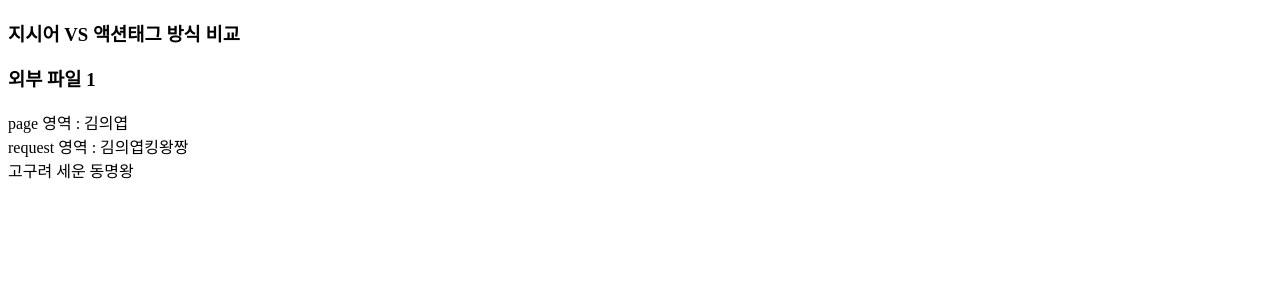
Repository: kimeuiyeob/KOPO_JSP_Study_2
Page: http://localhost/JspStudy/08Action/includeMain.jsp
The author's editor kept a copy of each file at every save. The page is drawn from the files as they stood at one save, then again after the next save.
The browser window is 1280 px wide. The pictures show the whole page.
The page is served by Tomcat 9. Other server files are loaded and not shown.

Above is the page before, as saved 2023-06-21 05:15:10.

### JspStudy/src/main/webapp/08Action/includeMain.jsp
<%@ page language="java" contentType="text/html; charset=UTF-8" pageEncoding="UTF-8"%>
<!DOCTYPE html>
<%
String outPath1 = "./Include/OuterPage1.jsp";
String outPath2 = "./Include/OuterPage2.jsp";

pageContext.setAttribute("pAttr", "김의엽");
request.setAttribute("rAttr", "김의엽킹왕짱");


%>
<html>
<head>
<meta charset="UTF-8">
<title>Insert title here</title>
</head>
<body>

	<h3>지시어 VS 액션태그 방식 비교</h3>

	<!-- 1. 지시어로 인클루드
		 2. newVar1 출력
		 3. 지시어 include : 표현식으로 경로 지정
		 4. 액션 태그로 include
		 5. 액션 태그로 include 표현식으로 경로 지정
		 6. newVar2 출력-->

	<!-- 1. 지시어로 인클루드 -->
	<%@ include file="./Include/OuterPage1.jsp" %>
	<%=newVar1 %>


</body>
</html>

### JspStudy/src/main/webapp/08Action/Include/OuterPage1.jsp
<%@ page language="java" contentType="text/html; charset=UTF-8" pageEncoding="UTF-8"%>
<!DOCTYPE html>
<html>
<head>
<meta charset="UTF-8">
<title>Insert title here</title>
</head>
<body>

	<h3>외부 파일 1</h3>
	<% String newVar1 = "고구려 세운 동명왕"; %>

	page 영역 : <%= pageContext.getAttribute("pAttr") %><br>
	request 영역 : <%= request.getAttribute("rAttr") %><br>

</body>
</html>

After the next save:
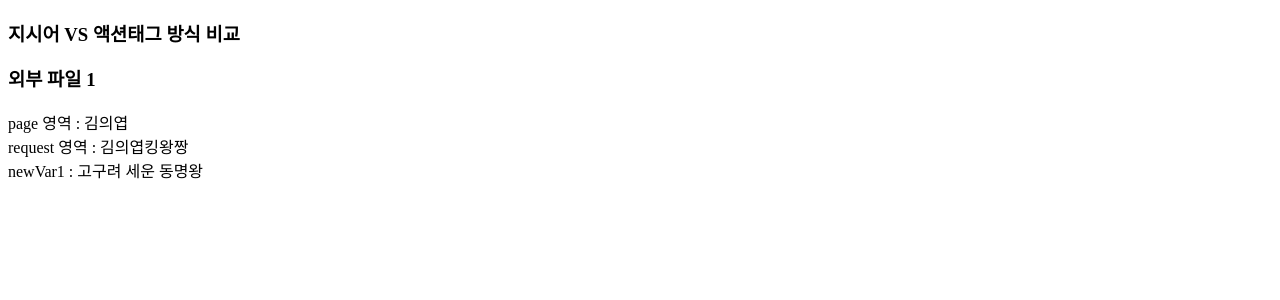
Saved 13 s later.
--- a/JspStudy/src/main/webapp/08Action/includeMain.jsp
+++ b/JspStudy/src/main/webapp/08Action/includeMain.jsp
@@ -27,7 +27,7 @@ request.setAttribute("rAttr", "김의엽킹왕짱");
 
 	<!-- 1. 지시어로 인클루드 -->
 	<%@ include file="./Include/OuterPage1.jsp" %>
-	<%=newVar1 %>
+	newVar1 : <%=newVar1 %>
 
 
 </body>
